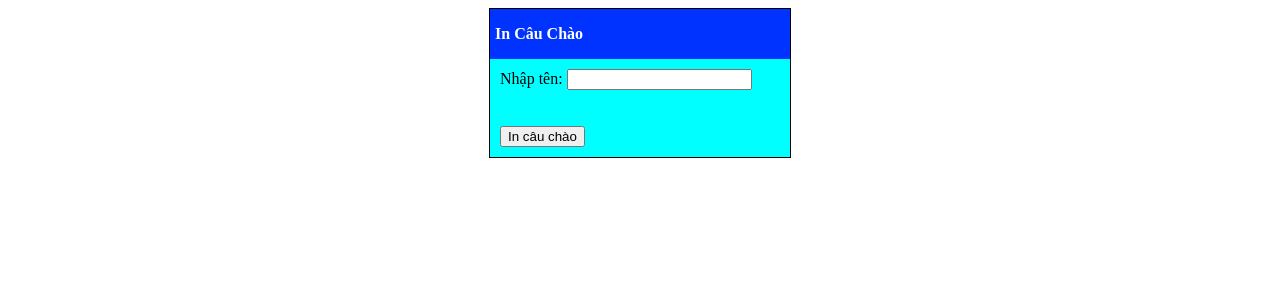
Repository: leducnam1805/jspd3
Page: http://localhost/baiTap/bai2/CauChao.jsp
An editor plug-in stored every save of this project. The page is shown before and after the next save, followed by the edit.
The browser window is 1280 px wide. The pictures show the whole page.
The page is served by Tomcat 9.

Above is the page before, as saved 2020-07-04 01:24:07.

After the next save:
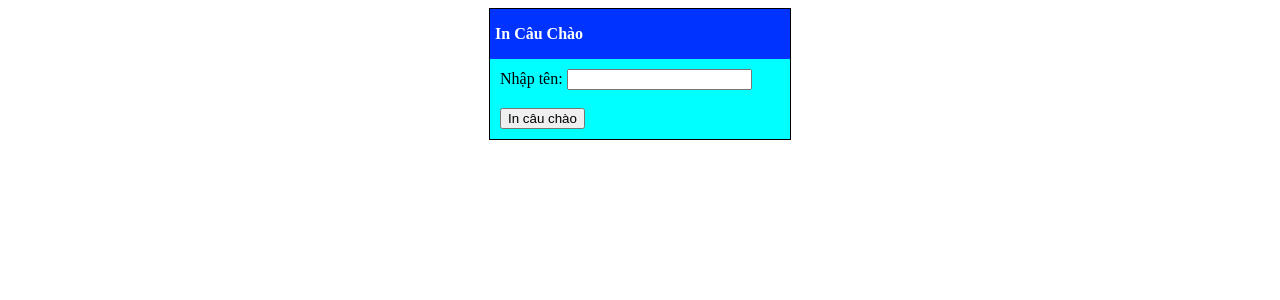
Saved 10 s later.
--- a/JspServletD3/baiTap/WebContent/bai2/CauChao.jsp
+++ b/JspServletD3/baiTap/WebContent/bai2/CauChao.jsp
@@ -43,7 +43,7 @@ p {
 		</div>
 		<div class="content-div">
 			<label> Nhập tên: <input type="text" id="" name="ten"
-				value="<% if(hoten!=null){out.print(hoten);}%>"></label> <br> <br> </br><input
+				value="<% if(hoten!=null){out.print(hoten);}%>"></label> <br> </br><input
 				type="submit" value="In câu chào">
 		</div>
 
